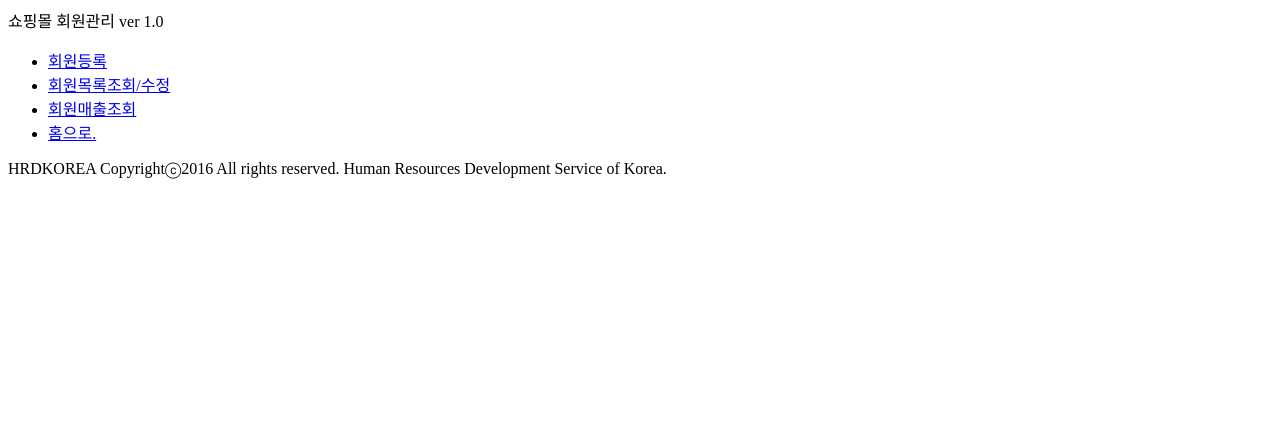
Repository: eunbiro/HRD_1234
Page: http://localhost/HRD_1234/
These files come from the project's save history. The page is drawn as it stood at one moment and after the next save; the edit follows.
The browser window is 1280 px wide. The pictures show the whole page.
The page is served by Tomcat 9. Other server files are loaded and not shown.

Above is the page before, as saved 2022-12-19 05:13:21.

### HRD_1234/src/main/webapp/index.jsp
<%@ page language="java" contentType="text/html; charset=UTF-8"
    pageEncoding="UTF-8"%>
<!DOCTYPE html>
<html>
<head>
<meta charset="UTF-8">
<title>Insert title here</title>
</head>
<body>
	<%@ include file="topmenu.jsp" %>
	<%@ include file="footer.jsp" %>
</body>
</html>

### HRD_1234/src/main/webapp/topmenu.jsp
<%@ page language="java" contentType="text/html; charset=UTF-8"
    pageEncoding="UTF-8"%>
<!DOCTYPE html>
<html>
<head>
<meta charset="UTF-8">
<title>Insert title here</title>
</head>
<body>
	<header>쇼핑몰 회원관리 ver 1.0</header>
	<nav>
		<ul>
			<li><a href="add">회원등록</a></li>
			<li><a href="list">회원목록조회/수정</a></li>
			<li><a href="result">회원매출조회</a></li>
			<li><a href="home">홈으로.</a></li>
		</ul>
	</nav>
</body>
</html>

### HRD_1234/src/main/webapp/footer.jsp
<%@ page language="java" contentType="text/html; charset=UTF-8"
    pageEncoding="UTF-8"%>
<!DOCTYPE html>
<html>
<head>
<meta charset="UTF-8">
<title>Insert title here</title>
</head>
<body>
	<footer>
		HRDKOREA Copyrightⓒ2016 All rights reserved. Human Resources Development Service of Korea.
	</footer>
</body>
</html>

After the next save:
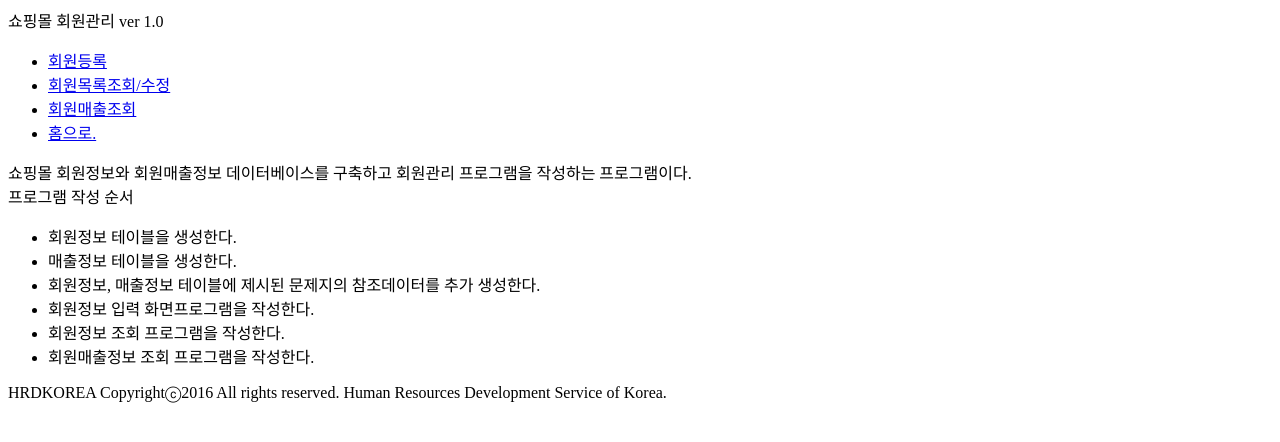
Saved 3 min 44 s later.
--- a/HRD_1234/src/main/webapp/index.jsp
+++ b/HRD_1234/src/main/webapp/index.jsp
@@ -8,6 +8,19 @@
 </head>
 <body>
 	<%@ include file="topmenu.jsp" %>
+	<section>
+		쇼핑몰 회원정보와 회원매출정보 데이터베이스를 구축하고 회원관리 프로그램을 작성하는 프로그램이다.<br />
+		프로그램 작성 순서<br />
+		<ul>
+			<li>회원정보 테이블을 생성한다.</li>
+			<li>매출정보 테이블을 생성한다.</li>
+			<li>회원정보, 매출정보 테이블에 제시된 문제지의 참조데이터를 추가 생성한다.</li>
+			<li>회원정보 입력 화면프로그램을 작성한다.</li>
+			<li>회원정보 조회 프로그램을 작성한다.</li>
+			<li>회원매출정보 조회 프로그램을 작성한다.</li>
+		</ul>
+
+	</section>
 	<%@ include file="footer.jsp" %>
 </body>
 </html>
